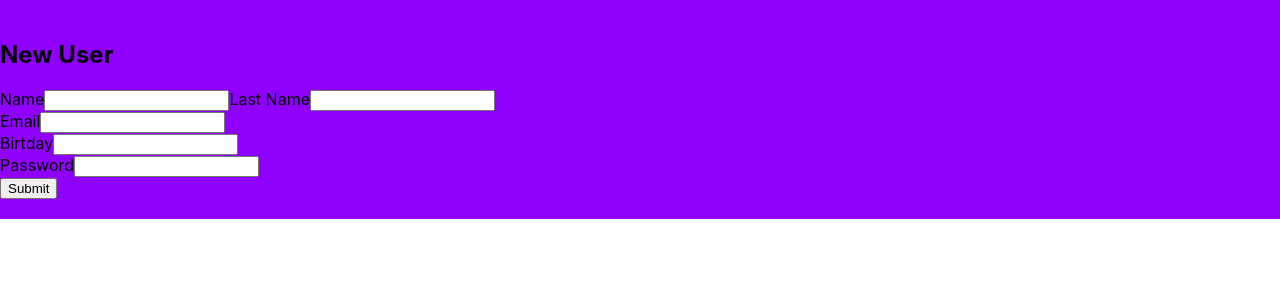
Repository: RobertAries28/CrudUsuarios
Page: /
An editor plug-in stored every save of this project. The page is shown before and after the next save, followed by the edit.
The browser window is 1280 px wide. The pictures show the whole page.
The page's requests for data from a server got no answer. The project was rebuilt for these pictures with package versions that can differ from the ones it lists, and the page was loaded fresh each time. No one was signed in, and anything a server would have sent is missing.

Above is the page before, as saved 2022-05-23 19:00:28.

After the next save:
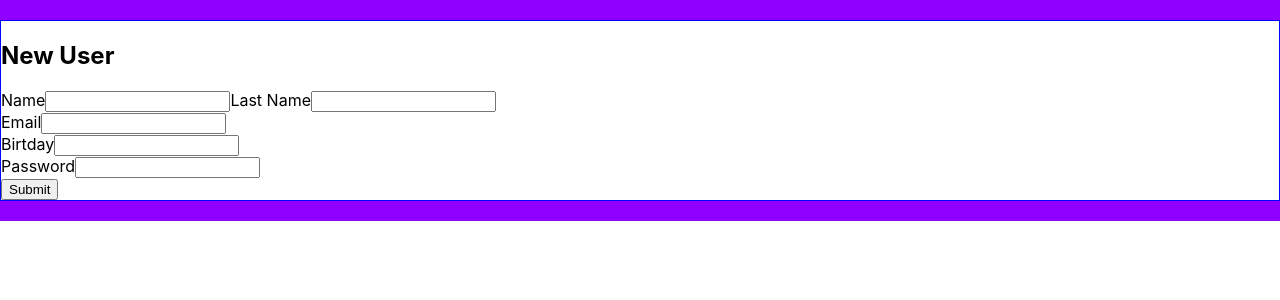
Saved 31 s later.
--- a/src/App.css
+++ b/src/App.css
@@ -25,7 +25,7 @@ ul{
   padding: 20px 0;
 }
 
-.formUsers{
+.formUser{
   border: 1px solid blue;
   background: white;
 }
